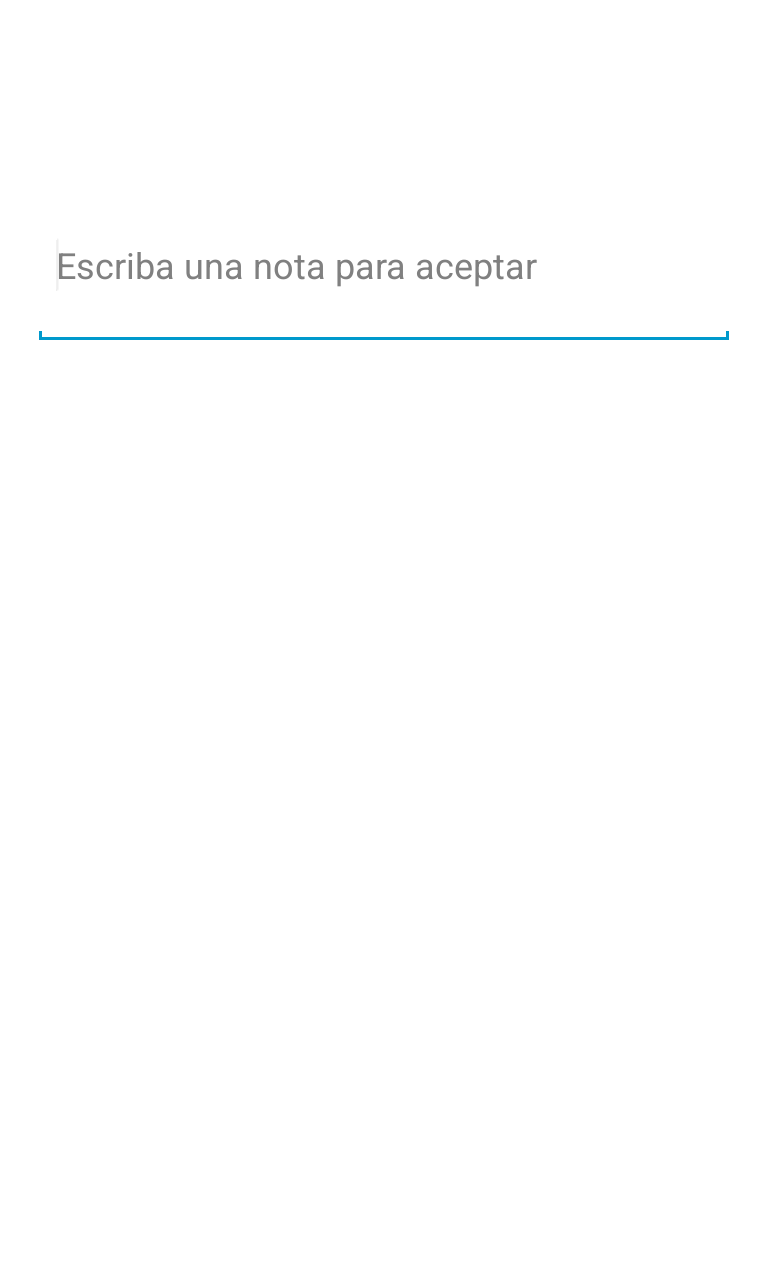
Repository: G3rcar/Android-I
Layout: Clase04Mantenimiento/res/layout/activity_result.xml
These files come from the project's save history. The layout is drawn as it stood at one moment and after the next save; the edit follows.
It is drawn on a 768 x 1280 px phone screen (xhdpi) without system bars, with theme AppTheme; the app's code is not run.

Above is the layout before, as saved 2013-10-30 13:19:12.

### Clase04Mantenimiento/res/layout/activity_result.xml
<LinearLayout xmlns:android="http://schemas.android.com/apk/res/android"
    xmlns:tools="http://schemas.android.com/tools"
    android:id="@+id/LinearLayout1"
    android:layout_width="match_parent"
    android:layout_height="match_parent"
    android:orientation="vertical"
    android:paddingBottom="@dimen/activity_vertical_margin"
    android:paddingLeft="@dimen/activity_horizontal_margin"
    android:paddingRight="@dimen/activity_horizontal_margin"
    android:paddingTop="@dimen/activity_vertical_margin"
    tools:context=".ResultActivity" >

    <LinearLayout
        android:layout_width="match_parent"
        android:layout_height="wrap_content" >

        <TextView
            android:id="@+id/txvFistName"
            android:layout_width="wrap_content"
            android:layout_height="wrap_content" />

        <TextView
            android:id="@+id/txvLastName"
            android:layout_width="wrap_content"
            android:layout_height="wrap_content" />

    </LinearLayout>

    <TextView
        android:id="@+id/txvEmail"
        android:layout_width="wrap_content"
        android:layout_height="wrap_content" />

    <TextView
        android:id="@+id/txvEdad"
        android:layout_width="wrap_content"
        android:layout_height="wrap_content" />

    <TextView
        android:id="@+id/txvDepartamento"
        android:layout_width="wrap_content"
        android:layout_height="wrap_content" />

    <EditText
        android:id="@+id/edtNote"
        android:layout_width="match_parent"
        android:layout_height="wrap_content"
        android:ems="10"
        android:hint="@string/hintNota"
        android:inputType="textMultiLine"
        android:lines="3"
        android:maxLength="150"
        android:maxLines="3" >

        <requestFocus />
    </EditText>

</LinearLayout>

### Clase04Mantenimiento/res/values/strings.xml
<?xml version="1.0" encoding="utf-8"?>
<resources>

    <string name="app_name">Clase04 Mantto</string>
    <string name="action_settings">Settings</string>
    <string name="hello_world">Hello world!</string>
    <string name="lblPrimerNombre">Primer nombre</string>
    <string name="lblPrimerApellido">Primer apellido</string>
    <string name="lblCorreo">Correo Electrónico</string>
    <string name="lblEdad">Edad</string>
    <string name="lblDepartamento">Departamento</string>
    <string name="btnGuardar">Guardar</string>
    <string name="btnEnviar">Enviar</string>

    <string-array name="arrDepartamentos">
        <item>Ahuachapán</item>
        <item>Sonsonate</item>
        <item>Santa Ana</item>
        <item>Chalatenango</item>
        <item>La Libertad</item>
        <item>San Salvador</item>
        <item>Cuscatlán</item>
        <item>La Paz</item>
        <item>San Vicente</item>
        <item>Morazán</item>
        <item>San Miguel</item>
        <item>La Unión</item>
        <item>Cabañas</item>
        <item>Usulután</item>
    </string-array>

    <string name="title_activity_result">Resultado</string>

    <string name="hintNota">Escriba una nota para aceptar</string>

</resources>

Loaded but not shown: Clase04Mantenimiento/res/values/styles.xml (common file); Clase04Mantenimiento/res/values-v11/styles.xml (common file); Clase04Mantenimiento/res/values-v14/styles.xml (common file); Clase04Mantenimiento/res/values/dimens.xml (common file)

After the next save:
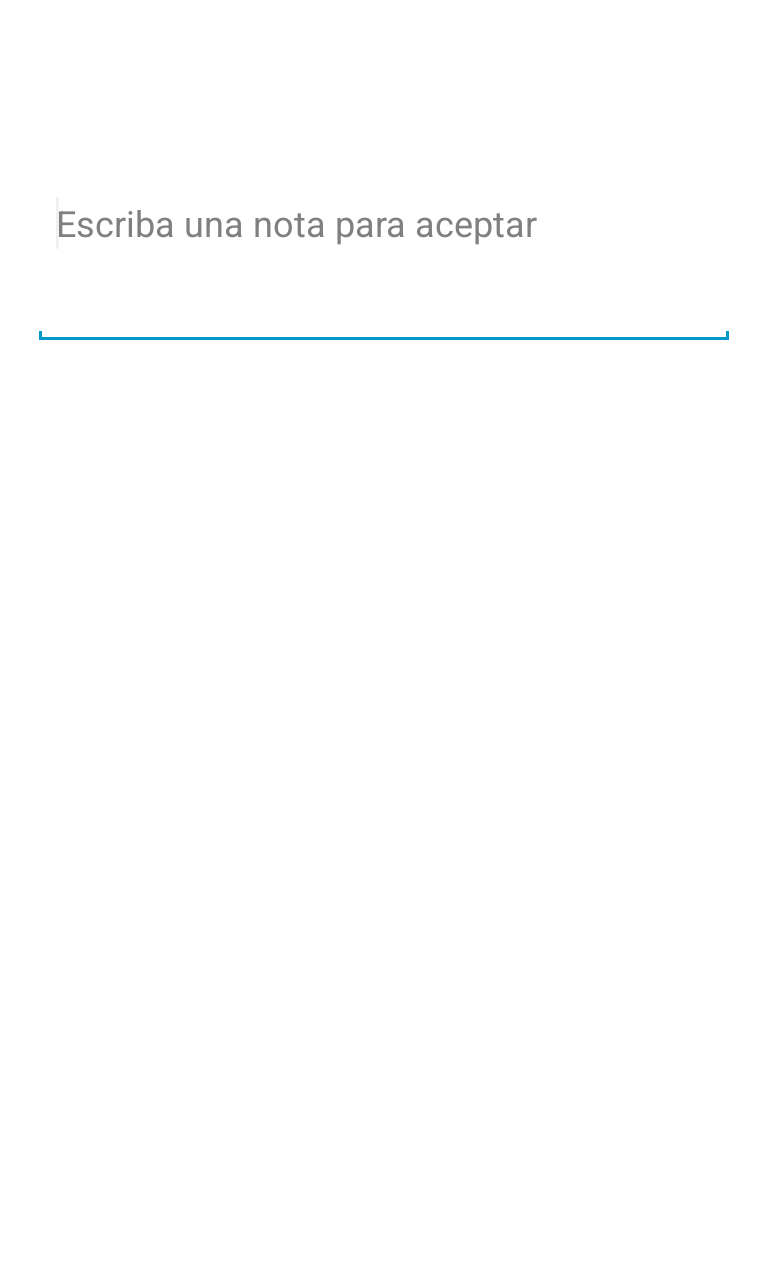
Saved 104 s later.
--- a/Clase04Mantenimiento/res/layout/activity_result.xml
+++ b/Clase04Mantenimiento/res/layout/activity_result.xml
@@ -46,6 +46,7 @@
         android:layout_width="match_parent"
         android:layout_height="wrap_content"
         android:ems="10"
+        android:gravity="top|left"
         android:hint="@string/hintNota"
         android:inputType="textMultiLine"
         android:lines="3"
